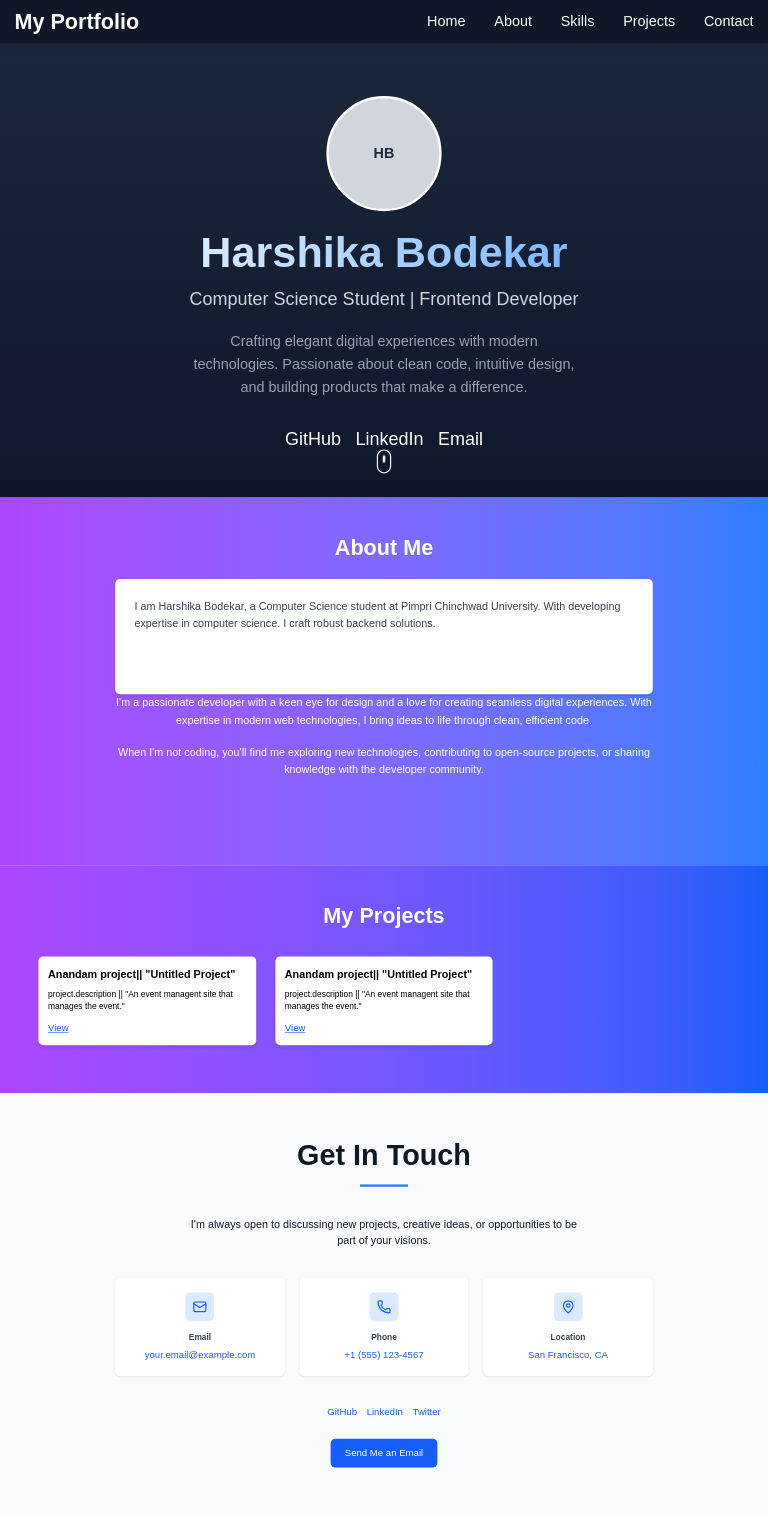
Repository: harshikabodekar/portfolio_awp
Page: /
An editor plug-in stored every save of this project. The page is shown before and after the next save, followed by the edit.
The browser window is 1280 px wide. The pictures show the whole page, at 60% of full size.
The project was rebuilt for these pictures with package versions that can differ from the ones it lists, and the page was loaded fresh each time. The framework's server and built-in components were replaced by stand-ins that run in the browser. Also part of the build but not shown: next.config.mjs.

Above is the page before, as saved 2025-10-15 20:03:02.

After the next save:
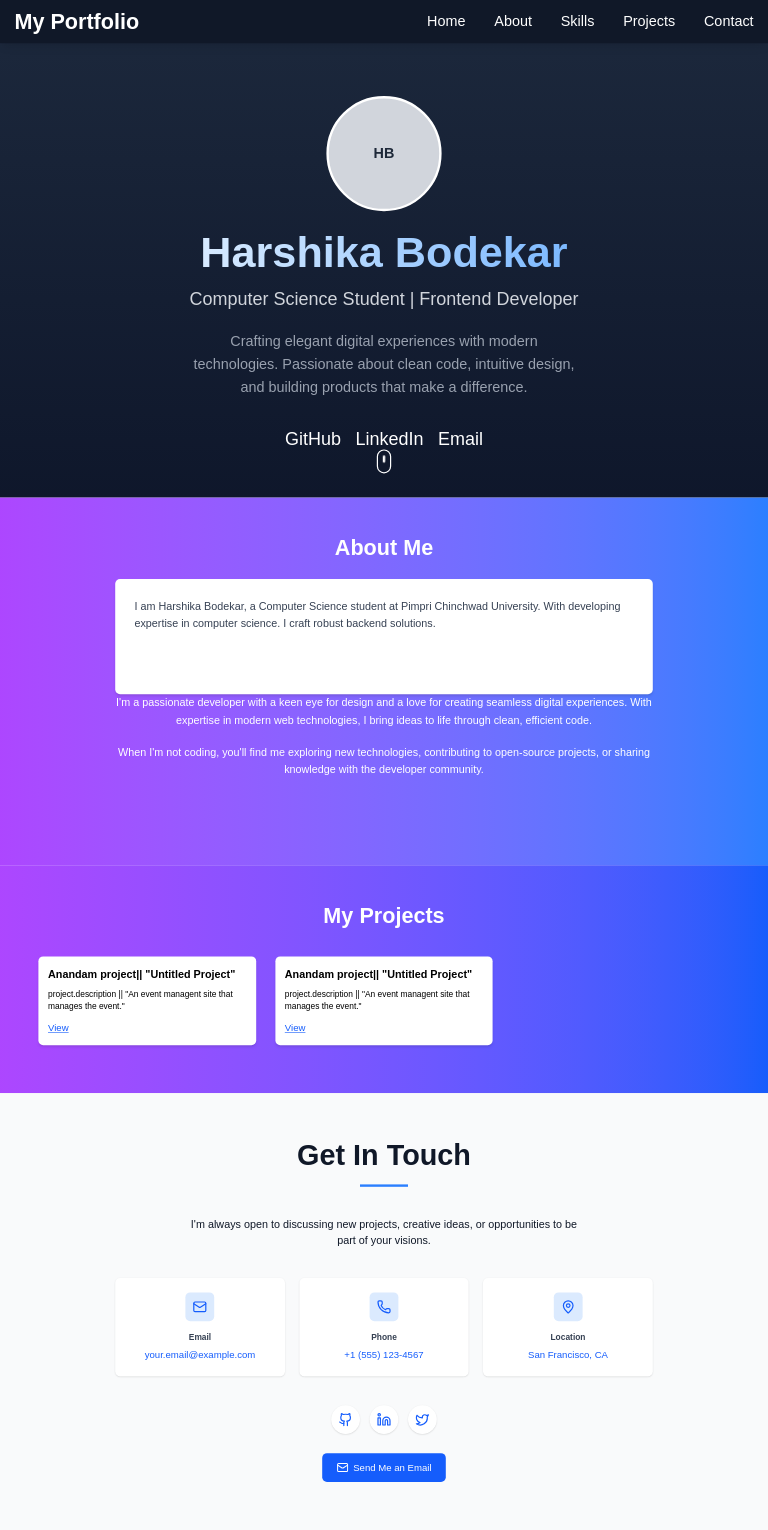
Saved 12 s later.
--- a/src/app/components/Contact.js
+++ b/src/app/components/Contact.js
@@ -42,13 +42,28 @@ const Contact = () => {
 
           <div className="text-center">
             <div className="flex justify-center gap-4 mb-8">
-              {socialLinks.map((s, i) => (
-                <a key={i} href={s.href} target="_blank" rel="noreferrer" className="text-blue-600">{s.label}</a>
-              ))}
+              {socialLinks.map((social, i) => {
+                const SocialIcon = social.icon;
+                return (
+                  <a
+                    key={i}
+                    href={social.href}
+                    target="_blank"
+                    rel="noreferrer"
+                    className="p-3 bg-white rounded-full shadow hover:shadow-lg transition-all hover:bg-blue-600 hover:text-white group"
+                    aria-label={social.label}
+                  >
+                    <SocialIcon className="w-6 h-6 text-blue-600 group-hover:text-white transition-colors" />
+                  </a>
+                );
+              })}
             </div>
 
             <div className="text-center">
-              <a href="mailto:your.email@example.com" className="inline-block px-6 py-3 bg-blue-600 text-white rounded-lg">Send Me an Email</a>
+              <a href="mailto:your.email@example.com" className="inline-flex items-center gap-2 px-6 py-3 bg-blue-600 text-white rounded-lg hover:bg-blue-700 transition-colors">
+                <Mail className="w-5 h-5" />
+                Send Me an Email
+              </a>
             </div>
           </div>
         </div>
